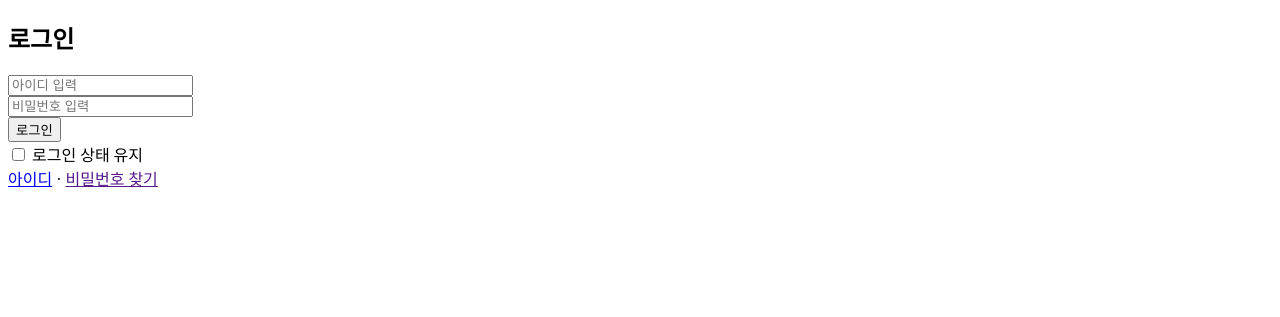
Repository: keepsus/gaebokchi
Page: http://localhost/uzuslime/member/modal.jsp
An editor plug-in stored every save of this project. The page is shown before and after the next save, followed by the edit.
The browser window is 1280 px wide. The pictures show the whole page.
Some web libraries are served in a nearby version. The page is served by Tomcat 9. Nobody is signed in. The application's start-up code is not run. Other server files are loaded and not shown.

Above is the page before, as saved 2021-02-08 04:29:07.

### uzuslime/src/main/webapp/member/modal.jsp
<%@ page language="java" contentType="text/html; charset=UTF-8"
    pageEncoding="UTF-8"%>
<!DOCTYPE html>
<html>
<head>
<meta charset="UTF-8">
<title>Insert title here</title>
</head>
<style type="text/css">
#background_modal {

display:none;background-color:#FFFFFF;position:absolute;top:300px;left:200px;padding:10px;border:2px solid #E2E2E2;z-Index:9999

}
</style>
<body>
	<div id="modal" class="modal">
	    <div class="modal-header">
        	<h2 class="login-header">로그인</h2>
    	</div>

		<div class="memberLoginForm"> <!-- 가운데 정렬하려고 잡아놨음. -->
	        <form action="" name="memberLoginForm" class="loginForm">
	            <div class="box-login">
	                <div class="input-text">
	                    <input type="text" id="loginId" name="loginId" placeholder="아이디 입력">
	                    <div id="loginIdDiv"></div>
	                </div>

	                <div class="input-text">
	                    <input type="password" id="loginPwd" name="loginPwd" placeholder="비밀번호 입력">
	                    <div id="loginPwdDiv"></div>
	                </div>
	            </div>

	            <div>
	                <input type="button" id="loginBtn" class="loginBtn" value="로그인">
	            </div>

	            <div class="login-append">
	                <div class="inp-chk">
	                    <input type="checkbox" id="keepLogin" class="inp-radio" name="keepLogin">
	                    <span class="txt-lab">로그인 상태 유지</span>
	                </div>
	                <span>
	                    <a href="/slime/member/memberSearch" rel="modal:open" class="link-find">아이디</a>
	                    ·
	                    <a href="" class="link-find">비밀번호 찾기</a>
	                </span>
	            </div>
	        </form>
        </div>
  	</div>
</body>
</html>

After the next save:
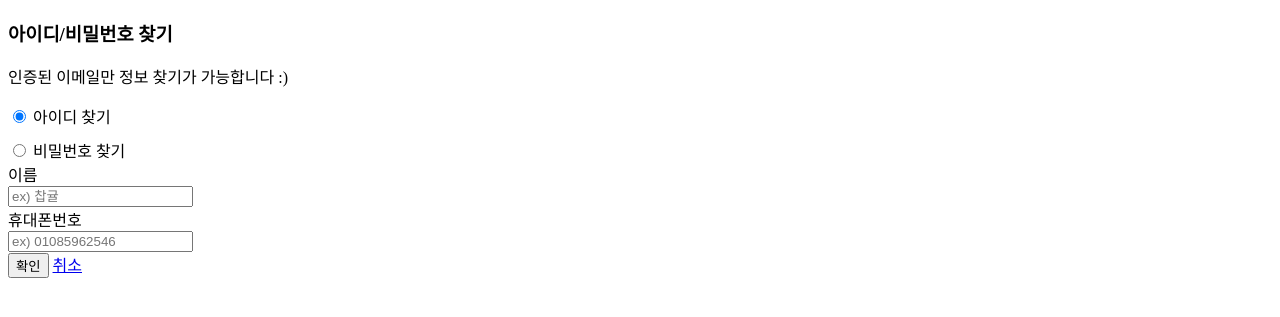
Saved 54 s later.
--- a/uzuslime/src/main/webapp/member/modal.jsp
+++ b/uzuslime/src/main/webapp/member/modal.jsp
@@ -14,42 +14,73 @@
 }
 </style>
 <body>
-	<div id="modal" class="modal">
-	    <div class="modal-header">
-        	<h2 class="login-header">로그인</h2>
-    	</div>
+	<div class="full">
+		<div class="container">
+			<div class="area_inputs wow fadeIn">
+				<div class="sub_title font-weight-bold text-white">
+					<h3>아이디/비밀번호 찾기</h3>
+					<p>인증된 이메일만 정보 찾기가 가능합니다 :)</p>
+				</div>
+				<div style="margin-bottom: 10px;"
+					class="custom-control custom-radio custom-control-inline">
+					<input type="radio" class="custom-control-input" id="search_1" name="search_total" onclick="search_check(1)" checked="checked">
+					<label class="custom-control-label font-weight-bold text-white"	for="search_1">아이디 찾기</label>
+				</div>
+				<div class="custom-control custom-radio custom-control-inline">
+					<input type="radio" class="custom-control-input" id="search_2" name="search_total" onclick="search_check(2)">
+					<label class="custom-control-label font-weight-bold text-white" for="search_2">비밀번호 찾기</label>
+				</div>
+				<div id="searchI">
+					<div class="form-group">
+						<label class="font-weight-bold text-white" for="inputName_1">이름</label>
+						<div>
+							<input type="text" class="form-control" id="inputName_1" name="inputName_1" placeholder="ex) 찹귤">
+						</div>
+					</div>
+					<div class="form-group">
+						<label class="font-weight-bold text-white" for="inputPhone_1">휴대폰번호</label>
+						<div>
+							<input type="text" class="form-control" id="inputPhone_1" name="inputPhone_1" placeholder="ex) 01085962546">
+						</div>
+					</div>
+					<div class="form-group">
+						<button id="searchBtn" type="button" onclick="" class="btn btn-primary btn-block">확인</button>
+					<a class="btn btn-danger btn-block"	href="${pageContext.request.contextPath}">취소</a>
+					</div>
+				</div>
+				<div id="searchP" style="display: none;">
+					<div class="form-group">
+						<label class="font-weight-bold text-white" for="inputId">아이디</label>
+						<div>
+							<input type="text" class="form-control" id="inputId" name="inputId_2" placeholder="ex) chqpkyul">
+						</div>
+					</div>
+					<div class="form-group">
+						<label class="font-weight-bold text-white" for="inputEmail_2">이메일</label>
+						<div>
+							<input type="email" class="form-control" id="inputEmail_2"	name="inputEmail_2" placeholder="ex) E-mail@gmail.com">
+						</div>
+					</div>
+					<div class="form-group">
+						<button id="searchBtn2" type="button" class="btn btn-primary btn-block">확인</button>
+					<a class="btn btn-danger btn-block"	href="${pageContext.request.contextPath}">취소</a>
+				</div>
+				</div>
+			</div>
+		</div>
+	</div>
 
-		<div class="memberLoginForm"> <!-- 가운데 정렬하려고 잡아놨음. -->
-	        <form action="" name="memberLoginForm" class="loginForm">
-	            <div class="box-login">
-	                <div class="input-text">
-	                    <input type="text" id="loginId" name="loginId" placeholder="아이디 입력">
-	                    <div id="loginIdDiv"></div>
-	                </div>
-
-	                <div class="input-text">
-	                    <input type="password" id="loginPwd" name="loginPwd" placeholder="비밀번호 입력">
-	                    <div id="loginPwdDiv"></div>
-	                </div>
-	            </div>
-
-	            <div>
-	                <input type="button" id="loginBtn" class="loginBtn" value="로그인">
-	            </div>
-
-	            <div class="login-append">
-	                <div class="inp-chk">
-	                    <input type="checkbox" id="keepLogin" class="inp-radio" name="keepLogin">
-	                    <span class="txt-lab">로그인 상태 유지</span>
-	                </div>
-	                <span>
-	                    <a href="/slime/member/memberSearch" rel="modal:open" class="link-find">아이디</a>
-	                    ·
-	                    <a href="" class="link-find">비밀번호 찾기</a>
-	                </span>
-	            </div>
-	        </form>
-        </div>
-  	</div>
+<script src="https://cdnjs.cloudflare.com/ajax/libs/jquery/3.0.0/jquery.min.js"></script> <!-- 위아래 순서가 바뀌면 안된다 -->
+<script>
+function search_check(num){
+	if(num == "1"){
+		document.getElementById("searchP").style.display="none";
+		document.getElementById("searchI").style.display="";
+	}else if(num == "2"){
+		document.getElementById("searchP").style.display="";
+		document.getElementById("searchI").style.display="none";
+	}
+}
+</script>
 </body>
 </html>
